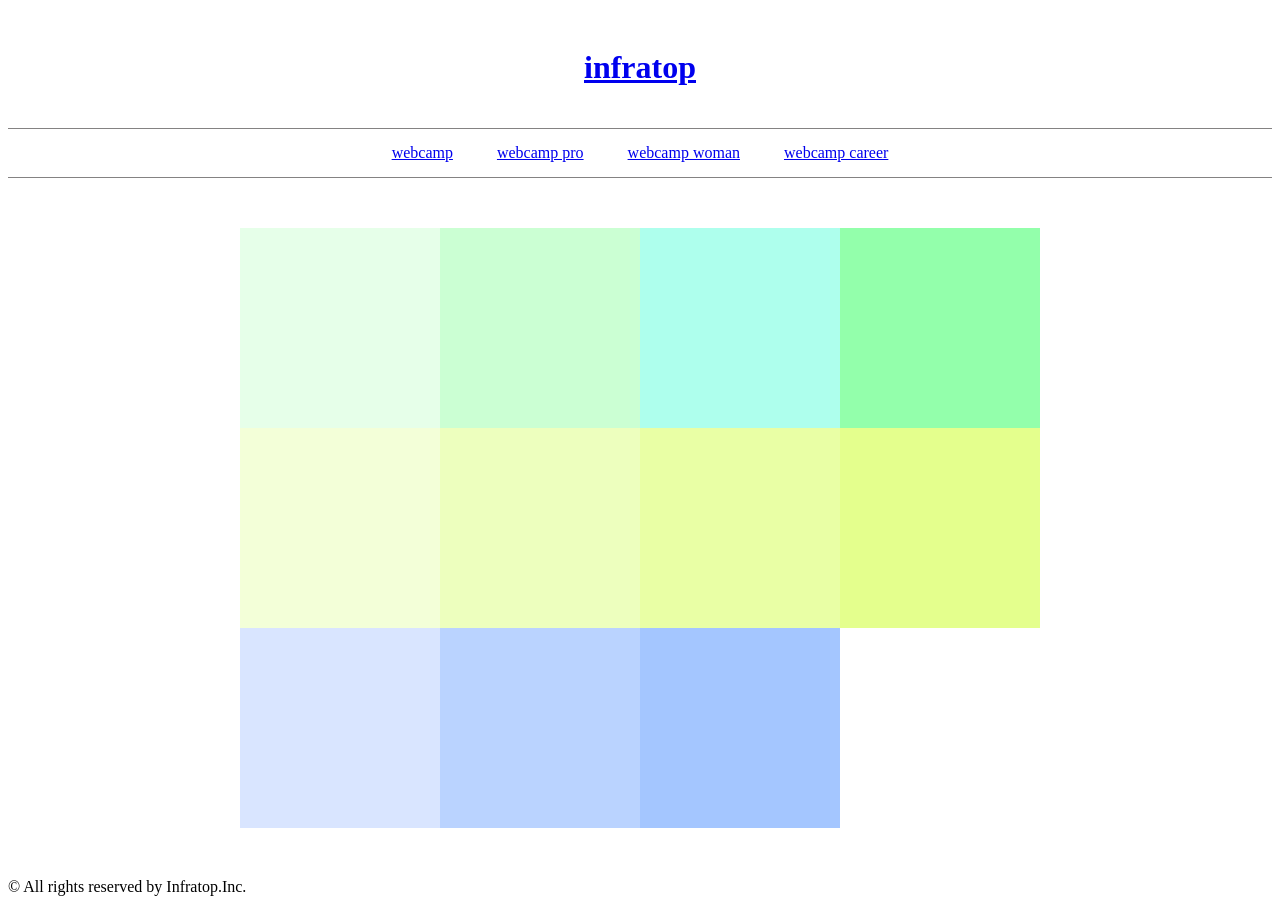
Repository: ego-boosting/html-practice1
Page: chapter5/index.html
The author's editor kept a record of every edit. The page is drawn from the files as they stood at one moment, then again after the next edit.
The browser window is 1280 px wide. The pictures show the whole page.

Above is the page before.

### chapter5/index.html
<!DOCTYPE html>
<html lang="ja">

  <head>
    <meta charset="UTF-8" />
    <link rel="stylesheet" href="style.css" />
    <title></title>
  </head>

  <body>
    <header>
      <h1 class="heading">
        <a href="index.html">
          infratop
        </a>

      </h1>
    </header>

    <nav>

      <ul class="nav-list">
        <li class="nav-list-item">
          <a href="index.html">webcamp</a>
        </li>
        <li class="nav-list-item">
          <a href="index.html">webcamp pro</a>
        </li>
        <li class="nav-list-item">
          <a href="index.html">webcamp woman</a>
        </li>
        <li class="nav-list-item">
          <a href="index.html">webcamp career</a>
        </li>

      </ul>

    </nav>

    <div class="main">
      <div class="box1"></div>
      <div class="box2"></div>
      <div class="box3"></div>
      <div class="box4"></div>
      <div class="box5"></div>
      <div class="box6"></div>
      <div class="box7"></div>
      <div class="box8"></div>
      <div class="box9"></div>
      <div class="box10"></div>
      <div class="box11"></div>
      <div class="box12"></div>
    </div>

    <div class="blog"></div>
    <div class="sidebar"></div>

    </div>

    <footer>
      <p class="footer-text">© All rights reserved by Infratop.Inc.</p>
    </footer>
   </body>
 </html>

### chapter5/style.css
＊{
  margin:0;
  padding:0;
  box-sizing:obder-box;
}

header{
 width:100%;
 padding:20px 0;
 text-align:center;
}

.nav-list{
  text-align:center;
  padding:15px 0;
  margin:auto 0;
  border-bottom:1px solid#848282;
  border-top:1px solid#848282;
}
.nav-list-item{
  list-style:none;
  display: inline-block;
  margin: 0 20px;
}

.main{
 width:800px;
 margin:50px auto;
 display:flex;
 flex-wrap:wrap;
}

.box1{
  width:200px;
  height:200px;
  background-color:#e6ffe9;
}

.box2{
  width:200px;
  height:200px;
  background-color:#cbffd3;
}

.box3{
  width:200px;
  height:200px;
  background-color:#aeffed;
}

.box4{
  width:200px;
  height:200px;
  background-color:#93ffab;
}

.box5{
  width:200px;
  height:200px;
  background-color:#f3ffd8;
}

.box6{
  width:200px;
  height:200px;
  background-color:#edffbe;
}

.box7{
  width:200px;
  height:200px;
  background-color:#e9ffa5;
}

.box8{
  width:200px;
  height:200px;
  background-color:#e4ff8d;
}

.box9{
  width:200px;
  height:200px;
  background-color:#d9e5ff;
}

.box10{
  width:200px;
  height:200px;
  background-color:#bad3ff;
}

.box11{
  width:200px;
  height:200px;
  background-color:#a4c6ff;
}

.box1{
  width:200px;
  height:200px;
  background-color:#e6ffe9;
}

After the next edit:
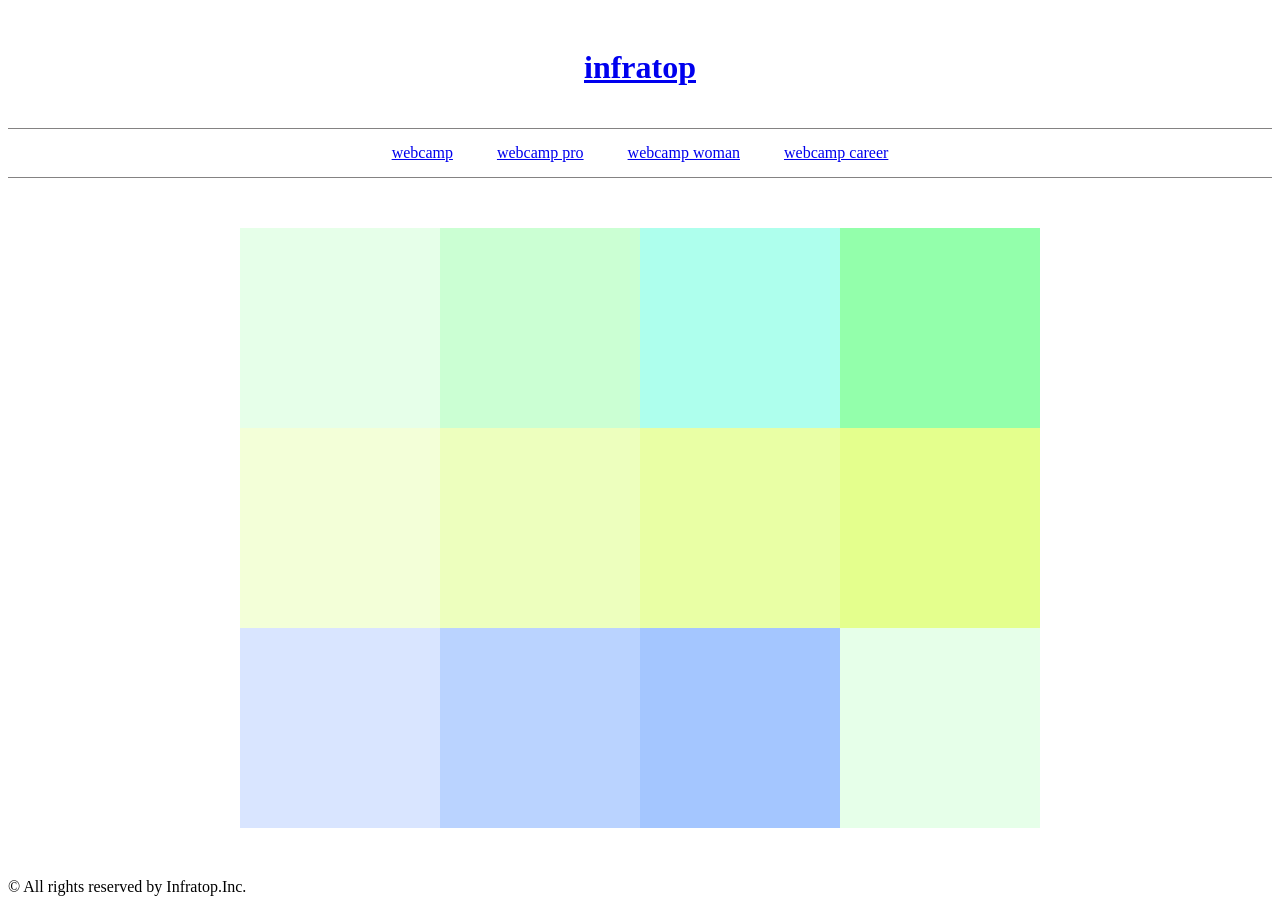
The edit:
--- a/chapter5/style.css
+++ b/chapter5/style.css
@@ -96,7 +96,7 @@
   background-color:#a4c6ff;
 }
 
-.box1{
+.box12{
   width:200px;
   height:200px;
   background-color:#e6ffe9;
